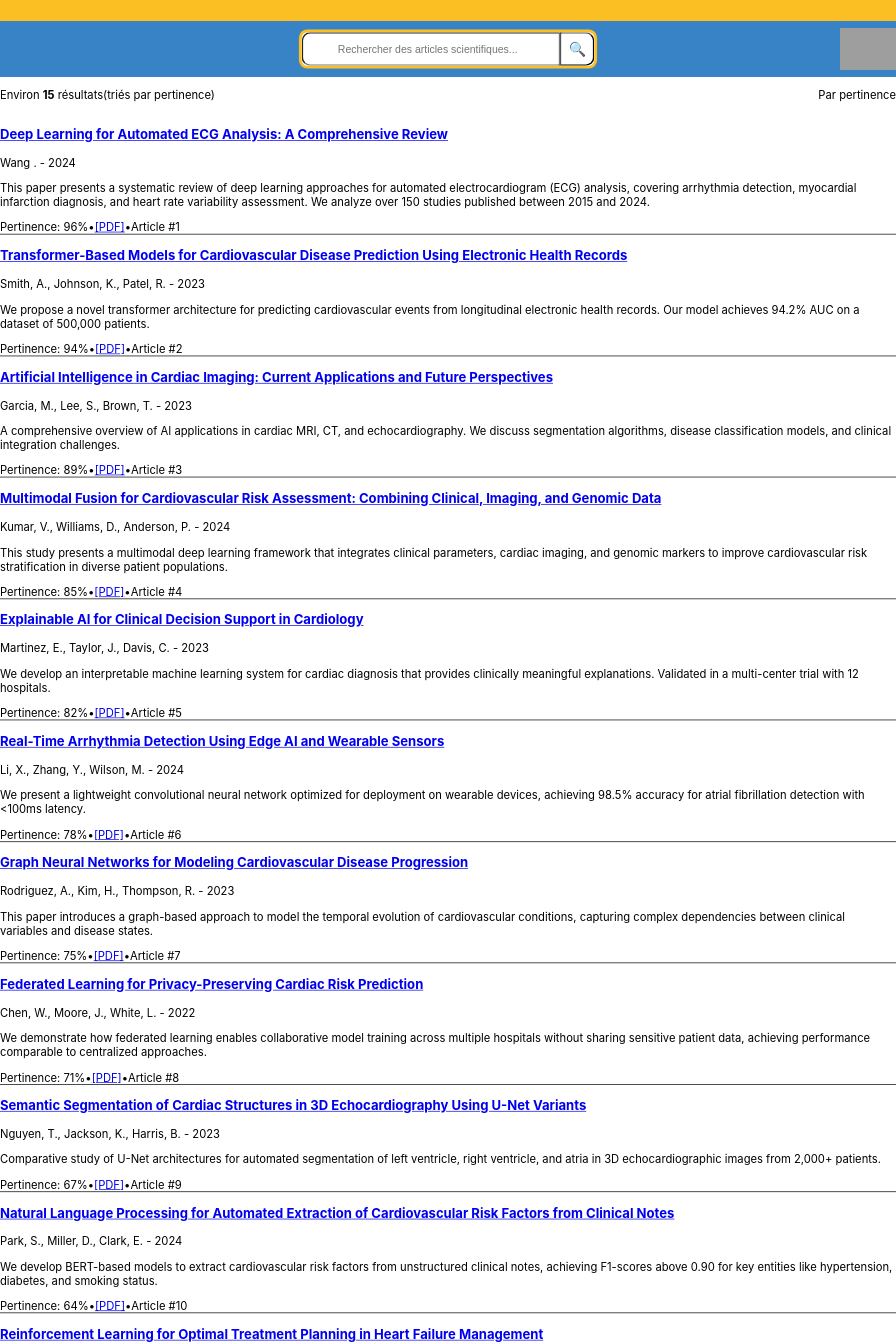
Repository: elh33/SemanticSciSearch
Page: / (app in frontend/)
These files come from the project's save history. The page is drawn as it stood at one moment and after the next save; the edit follows.
The browser window is 1280 px wide. The pictures show the part of the page from y = 0 to 1920 px (the page is 2685 px tall), at 70% of full size.
Pictures or frames that could not be fetched are drawn as grey boxes. The project was rebuilt for these pictures with package versions that can differ from the ones it lists, and the page was loaded fresh each time.

Above is the page before, as saved 2025-11-21 23:24:51.

### frontend/index.html
<!DOCTYPE html>
<html lang="en">
  <head>
    <meta charset="UTF-8" />
    <meta name="viewport" content="width=device-width, initial-scale=1.0" />
    <title>SemanticSciSearch</title>
  </head>
  <body>
    <div id="root"></div>
    <script type="module" src="/src/index.tsx"></script>
  </body>
</html>

### frontend/src/index.tsx
import React from 'react';
import ReactDOM from 'react-dom';
import App from './App';
import './index.css';

ReactDOM.render(
  <React.StrictMode>
    <App />
  </React.StrictMode>,
  document.getElementById('root')
);

### frontend/src/App.tsx
import React from 'react';
// Importe le composant de recherche principal
import SearchResults from './components/SearchResults';

// Le composant App.tsx est le conteneur principal de l'application.
function App() {
  return (
    // Utilisation d'un fragment React (<>...</>) ou d'un <div> si tu as des styles globaux
    <>
      {/* Le composant SearchResults contient maintenant :
        - Le titre et le sous-titre de l'application.
        - La barre de recherche.
        - L'orchestration de la logique (appels à api.ts).
        - L'affichage de la liste des ArticleCard.
      */}
      <SearchResults />
    </>
  );
}

export default App;

### frontend/src/components/SearchResults.tsx
import React, { useState, useEffect } from 'react';
import { Article } from '../types';
import { searchArticles } from '../services/api';
import ArticleCard from './ArticleCard';

const SearchResults: React.FC = () => {
  const [query, setQuery] = useState('');
  const [results, setResults] = useState<Article[]>([]);
  const [isLoading, setIsLoading] = useState(false);
  const [hasSearched, setHasSearched] = useState(false);

  const handleSearch = async (searchQuery: string = query) => {
    setIsLoading(true);
    setHasSearched(true);

    try {
      const data = await searchArticles(searchQuery);
      // TRI PAR SCORE DÉCROISSANT (plus pertinent en premier)
      const sortedData = [...data].sort((a, b) => b.score - a.score);
      setResults(sortedData);
    } catch (error) {
      console.error("Erreur lors de la recherche:", error);
      setResults([]);
    } finally {
      setIsLoading(false);
    }
  };

  // Recherche initiale au chargement
  useEffect(() => {
    handleSearch('');
  }, []);

  const handleSubmit = (e: React.FormEvent) => {
    e.preventDefault();
    handleSearch();
  };

  return (
    <div className="min-h-screen bg-white">
      {/* BARRE JAUNE EN HAUT */}
      <div style={{ backgroundColor: '#fbbf24', height: '30px' }} className="w-full"></div>

      {/* En-tête avec fond bleu - GRANDE BARRE */}
      <div style={{ backgroundColor: '#3883c5ff' }} className="w-full sticky top-0 z-10 shadow-lg">
        <div className="max-w-7xl mx-auto px-4 py-8">
          <div className="flex items-center justify-between gap-6">
            {/* Espace vide à gauche pour centrer la barre */}
            <div className="flex-1"></div>

            {/* Barre de recherche au centre - ZONE PLUS GRANDE */}
            <form onSubmit={handleSubmit} className="flex-1 max-w-4xl">
              <div className="flex shadow-2xl" style={{ border: '4px solid #fbbf24', borderRadius: '12px', backgroundColor: 'white' }}>
                <input
                  type="text"
                  value={query}
                  onChange={(e) => setQuery(e.target.value)}
                  placeholder="Rechercher des articles scientifiques..."
                  className="flex-grow outline-none"
                  style={{
                    borderRadius: '12px 0 0 12px',
                    padding: '10px 50px',
                    fontSize: '15px'
                  }}
                />
                <button
                  type="submit"
                  className="text-white font-bold hover:opacity-90 transition-opacity"
                  style={{
                    backgroundColor: '#ffffffff',
                    borderRadius: '0 12px 12px 0',
                    padding: '10px 10px',
                    fontSize: '20px'
                  }}
                >
                  🔍
                </button>
              </div>
            </form>

            {/* Logo fleur.png à droite */}
            <div className="flex-1 flex justify-end">
              <img
                src="/fleur.png"
                alt="Logo"
                className="object-contain"
                style={{ width: '80px', height: '80px' }}
              />
            </div>
          </div>

        </div>
      </div>

      {/* Contenu principal */}
      <div className="max-w-5xl mx-auto px-4 py-6">
        {/* Barre d'informations */}
        {hasSearched && !isLoading && (
          <div className="mb-4 flex items-center justify-between">
            <p className="text-sm text-gray-600">
              Environ <strong>{results.length}</strong> résultat{results.length > 1 ? 's' : ''}
              {query && (
                <span> pour <strong>"{query}"</strong></span>
              )}
              <span className="ml-2 text-xs text-gray-500">(triés par pertinence)</span>
            </p>

            {/* Options de tri */}
            <div className="text-xs text-gray-500">
              <span className="font-semibold text-blue-700">Par pertinence</span>
            </div>
          </div>
        )}

        {/* Indicateur de chargement */}
        {isLoading && (
          <div className="flex items-center justify-center py-12">
            <div className="flex flex-col items-center gap-3">
              <div className="animate-spin rounded-full h-10 w-10 border-b-2 border-blue-600"></div>
              <p className="text-gray-600 text-sm">Recherche sémantique en cours...</p>
            </div>
          </div>
        )}

        {/* Liste des résultats */}
        {!isLoading && (
          <div className="bg-white">
            {results.length > 0 ? (
              results.map((article) => (
                <ArticleCard key={article.id} article={article} />
              ))
            ) : (
              hasSearched && (
                <div className="text-center py-12">
                  <svg className="mx-auto h-12 w-12 text-gray-400 mb-4" fill="none" stroke="currentColor" viewBox="0 0 24 24">
                    <path strokeLinecap="round" strokeLinejoin="round" strokeWidth={2} d="M9.172 16.172a4 4 0 015.656 0M9 10h.01M15 10h.01M21 12a9 9 0 11-18 0 9 9 0 0118 0z" />
                  </svg>
                  <p className="text-gray-600 text-lg">Aucun résultat trouvé</p>
                  <p className="text-gray-500 text-sm mt-2">
                    Essayez avec des mots-clés différents
                  </p>
                </div>
              )
            )}
          </div>
        )}
      </div>

      {/* Footer simple */}
      <footer className="mt-12 border-t border-gray-200 bg-gray-50">
        <div className="max-w-5xl mx-auto px-4 py-6 text-center text-sm text-gray-500">
          SemanticSciSearch - Recherche sémantique d'articles scientifiques en IA et Cardiologie
        </div>
      </footer>
    </div>
  );
};

export default SearchResults;

### frontend/src/services/api.ts
import { Article } from '../types';
import { MOCK_RESULTS } from '../data/mockData';
import axios from 'axios';

// 💡 INTERRUPTEUR : Passez à 'false' (ou commentez/supprimez) cette ligne
// UNIQUEMENT lorsque le Back-End FastAPI est prêt.
const USE_MOCK_DATA = true;

// URL de base lue depuis le .env pour le mode production
// Le .env doit contenir VITE_API_URL=http://localhost:8000
const API_BASE_URL = 'http://localhost:8000';

/**
 * Fonction principale de recherche d'articles.
 * Elle utilise soit les données mockées, soit l'API réelle.
 * @param query Le texte de la requête de l'utilisateur.
 * @returns Une promesse qui résout vers un tableau d'articles.
 */
export const searchArticles = async (query: string): Promise<Article[]> => {
  if (USE_MOCK_DATA) {
    // --- MODE MOCKÉ ---
    console.log(`[MOCK] Simulation de recherche pour: "${query}"`);

    // 1. Simuler le délai réseau (500ms) pour une meilleure expérience utilisateur
    await new Promise(resolve => setTimeout(resolve, 500));

    // 2. Simuler un filtre simple (recherche du mot-clé dans le titre)
    // S'il n'y a pas de requête (query vide), on renvoie tout.
    const lowerCaseQuery = query.toLowerCase();

    return MOCK_RESULTS.filter(article =>
        article.title.toLowerCase().includes(lowerCaseQuery) || lowerCaseQuery.length === 0
    );

  } else {
    // --- MODE PRODUCTION (Axios) ---
    console.log(`[AXIOS] Requête réelle vers: ${API_BASE_URL}/search pour: "${query}"`);

    try {
      // 1. Envoi de la requête POST à FastAPI
      const response = await axios.post(`${API_BASE_URL}/search`, { query });

      // 2. Retourne les données (TypeScript vérifie que c'est un tableau d'Articles)
      return response.data as Article[];

    } catch (error) {
      console.error("Erreur lors de l'appel à l'API de recherche:", error);
      // En cas d'échec de l'API, on renvoie un tableau vide
      return [];
    }
  }
};

### frontend/src/components/ArticleCard.tsx
import React from 'react';
import { Article } from '../types';

interface ArticleCardProps {
  article: Article;
}

const ArticleCard: React.FC<ArticleCardProps> = ({ article }) => {
  const scorePercent = (article.score * 100).toFixed(0);

  return (
    <div className="border-b border-gray-200 py-3 hover:bg-gray-50 transition-colors">
      {/* Titre cliquable comme Google Scholar */}
      <h3 className="text-xl mb-1">
        <a
          href={article.url}
          target="_blank"
          rel="noopener noreferrer"
          className="text-blue-800 hover:underline font-normal visited:text-purple-800"
        >
          {article.title}
        </a>
      </h3>

      {/* Auteurs et année */}
      <p className="text-sm text-gray-600 mb-2">
        {article.authors} - <span className="font-medium">{article.year}</span>
      </p>

      {/* Résumé */}
      <p className="text-sm text-gray-700 leading-relaxed mb-2">
        {article.abstract}
      </p>

      {/* Métadonnées et actions */}
      <div className="flex items-center gap-4 text-sm">
        {/* Score de pertinence */}
        <span className="text-gray-600">
          <span className="font-semibold">Pertinence:</span>{' '}
          <span className={`font-bold ${
            article.score > 0.8 ? 'text-green-600' :
            article.score > 0.5 ? 'text-yellow-600' :
            'text-gray-500'
          }`}>
            {scorePercent}%
          </span>
        </span>

        {/* Séparateur */}
        <span className="text-gray-400">•</span>

        {/* Lien PDF */}
        <a
          href={article.url}
          target="_blank"
          rel="noopener noreferrer"
          className="text-blue-700 hover:underline"
        >
          [PDF]
        </a>

        {/* Séparateur */}
        <span className="text-gray-400">•</span>

        {/* ID de l'article */}
        <span className="text-gray-400 text-xs">
          Article #{article.id}
        </span>
      </div>
    </div>
  );
};

export default ArticleCard;

### frontend/src/data/mockData.ts
import { Article } from '../types';

export const MOCK_RESULTS: Article[] = [
  {
    id: '1',
    title: 'Deep Learning for Automated ECG Analysis: A Comprehensive Review',
    abstract: "This paper presents a systematic review of deep learning approaches for automated electrocardiogram (ECG) analysis, covering arrhythmia detection, myocardial infarction diagnosis, and heart rate variability assessment. We analyze over 150 studies published between 2015 and 2024.",
    authors: "Wang .",
    year: 2024,
    score: 0.96,
    url: 'https://arxiv.org/pdf/2301.04634'
  },
  {
    id: '2',
    title: 'Transformer-Based Models for Cardiovascular Disease Prediction Using Electronic Health Records',
    abstract: "We propose a novel transformer architecture for predicting cardiovascular events from longitudinal electronic health records. Our model achieves 94.2% AUC on a dataset of 500,000 patients.",
    authors: "Smith, A., Johnson, K., Patel, R.",
    year: 2023,
    score: 0.94,
    url: 'https://arxiv.org/pdf/2305.12987'
  },
  {
    id: '3',
    title: 'Artificial Intelligence in Cardiac Imaging: Current Applications and Future Perspectives',
    abstract: "A comprehensive overview of AI applications in cardiac MRI, CT, and echocardiography. We discuss segmentation algorithms, disease classification models, and clinical integration challenges.",
    authors: "Garcia, M., Lee, S., Brown, T.",
    year: 2023,
    score: 0.89,
    url: 'https://arxiv.org/pdf/2203.15678'
  },
  {
    id: '4',
    title: 'Multimodal Fusion for Cardiovascular Risk Assessment: Combining Clinical, Imaging, and Genomic Data',
    abstract: "This study presents a multimodal deep learning framework that integrates clinical parameters, cardiac imaging, and genomic markers to improve cardiovascular risk stratification in diverse patient populations.",
    authors: "Kumar, V., Williams, D., Anderson, P.",
    year: 2024,
    score: 0.85,
    url: '/documents/multimodal-cardio-risk.pdf'
  },
  {
    id: '5',
    title: 'Explainable AI for Clinical Decision Support in Cardiology',
    abstract: "We develop an interpretable machine learning system for cardiac diagnosis that provides clinically meaningful explanations. Validated in a multi-center trial with 12 hospitals.",
    authors: "Martinez, E., Taylor, J., Davis, C.",
    year: 2023,
    score: 0.82,
    url: 'https://arxiv.org/pdf/2511.13703.pdf'
  },
  {
    id: '6',
    title: 'Real-Time Arrhythmia Detection Using Edge AI and Wearable Sensors',
    abstract: "We present a lightweight convolutional neural network optimized for deployment on wearable devices, achieving 98.5% accuracy for atrial fibrillation detection with <100ms latency.",
    authors: "Li, X., Zhang, Y., Wilson, M.",
    year: 2024,
    score: 0.78,
    url: '/documents/edge-ai-arrhythmia.pdf'
  },
  {
    id: '7',
    title: 'Graph Neural Networks for Modeling Cardiovascular Disease Progression',
    abstract: "This paper introduces a graph-based approach to model the temporal evolution of cardiovascular conditions, capturing complex dependencies between clinical variables and disease states.",
    authors: "Rodriguez, A., Kim, H., Thompson, R.",
    year: 2023,
    score: 0.75,
    url: 'https://arxiv.org/pdf/2204.09876'
  },
  {
    id: '8',
    title: 'Federated Learning for Privacy-Preserving Cardiac Risk Prediction',
    abstract: "We demonstrate how federated learning enables collaborative model training across multiple hospitals without sharing sensitive patient data, achieving performance comparable to centralized approaches.",
    authors: "Chen, W., Moore, J., White, L.",
    year: 2022,
    score: 0.71,
    url: '/documents/federated-cardiac.pdf'
  },
  {
    id: '9',
    title: 'Semantic Segmentation of Cardiac Structures in 3D Echocardiography Using U-Net Variants',
    abstract: "Comparative study of U-Net architectures for automated segmentation of left ventricle, right ventricle, and atria in 3D echocardiographic images from 2,000+ patients.",
    authors: "Nguyen, T., Jackson, K., Harris, B.",
    year: 2023,
    score: 0.67,
    url: '/documents/3d-echo-segmentation.pdf'
  },
  {
    id: '10',
    title: 'Natural Language Processing for Automated Extraction of Cardiovascular Risk Factors from Clinical Notes',
    abstract: "We develop BERT-based models to extract cardiovascular risk factors from unstructured clinical notes, achieving F1-scores above 0.90 for key entities like hypertension, diabetes, and smoking status.",
    authors: "Park, S., Miller, D., Clark, E.",
    year: 2024,
    score: 0.64,
    url: 'https://arxiv.org/pdf/2302.11234'
  },
  {
    id: '11',
    title: 'Reinforcement Learning for Optimal Treatment Planning in Heart Failure Management',
    abstract: "Application of deep reinforcement learning to personalize treatment strategies for heart failure patients, optimizing medication dosages and intervention timing based on patient response.",
    authors: "Ahmed, R., Lewis, G., Young, N.",
    year: 2022,
    score: 0.58,
    url: '/documents/rl-heart-failure.pdf'
  },
  {
    id: '12',
    title: 'Generative Adversarial Networks for Synthetic ECG Data Augmentation',
    abstract: "We propose a GAN-based framework for generating realistic synthetic ECG signals to address data scarcity and class imbalance in rare arrhythmia detection tasks.",
    authors: "Hoffman, P., Scott, A., King, V.",
    year: 2023,
    score: 0.52,
    url: '/documents/gan-ecg-augmentation.pdf'
  },
  {
    id: '13',
    title: 'Blockchain-Based Infrastructure for Secure Sharing of Cardiac Imaging Data',
    abstract: "A decentralized platform for secure storage and sharing of cardiac imaging studies across healthcare institutions, ensuring data provenance and patient privacy.",
    authors: "Green, T., Adams, F., Wright, M.",
    year: 2022,
    score: 0.45,
    url: '/documents/blockchain-cardiac-imaging.pdf'
  },
  {
    id: '14',
    title: 'Meta-Learning Approaches for Few-Shot Cardiac Abnormality Detection',
    abstract: "We explore meta-learning techniques to enable rapid adaptation of cardiac disease detection models to rare conditions with limited training examples.",
    authors: "Baker, L., Turner, S., Phillips, O.",
    year: 2023,
    score: 0.38,
    url: '/documents/meta-learning-cardiac.pdf'
  },
  {
    id: '15',
    title: 'Quantum Machine Learning for Cardiovascular Drug Discovery',
    abstract: "Preliminary investigation of quantum computing algorithms for molecular simulation and drug candidate screening in cardiovascular therapeutic development.",
    authors: "Collins, R., Morris, J., Cooper, W.",
    year: 2024,
    score: 0.22,
    url: '/documents/quantum-ml-cardio.pdf'
  }
];

Loaded but not shown: frontend/src/index.css (common file)

After the next save:
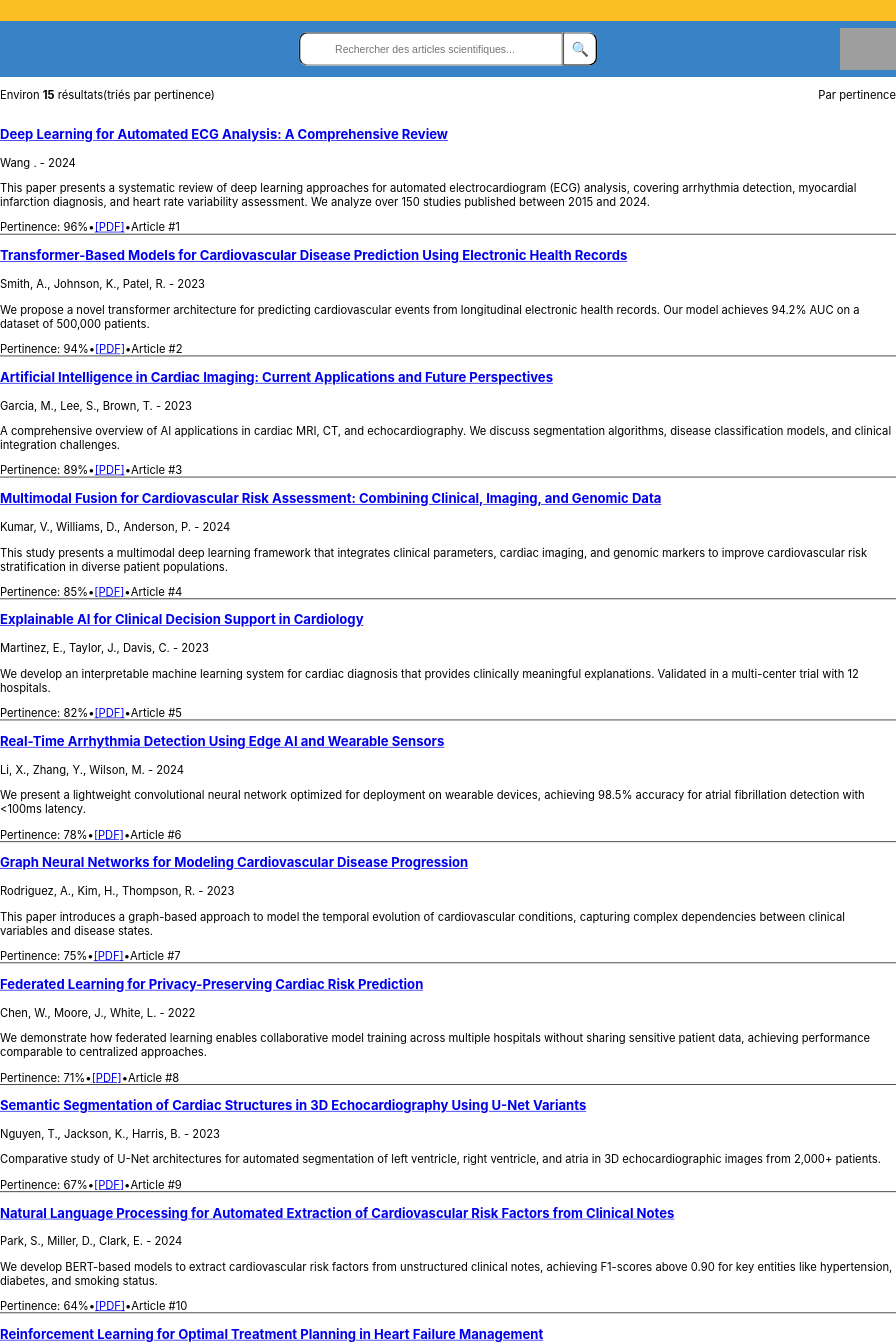
Saved 6 s later.
--- a/frontend/src/components/SearchResults.tsx
+++ b/frontend/src/components/SearchResults.tsx
@@ -50,7 +50,7 @@ const SearchResults: React.FC = () => {
 
             {/* Barre de recherche au centre - ZONE PLUS GRANDE */}
             <form onSubmit={handleSubmit} className="flex-1 max-w-4xl">
-              <div className="flex shadow-2xl" style={{ border: '4px solid #fbbf24', borderRadius: '12px', backgroundColor: 'white' }}>
+              <div className="flex shadow-2xl" style={{ border: '0px solid #fbbf24', borderRadius: '12px', backgroundColor: 'white' }}>
                 <input
                   type="text"
                   value={query}
